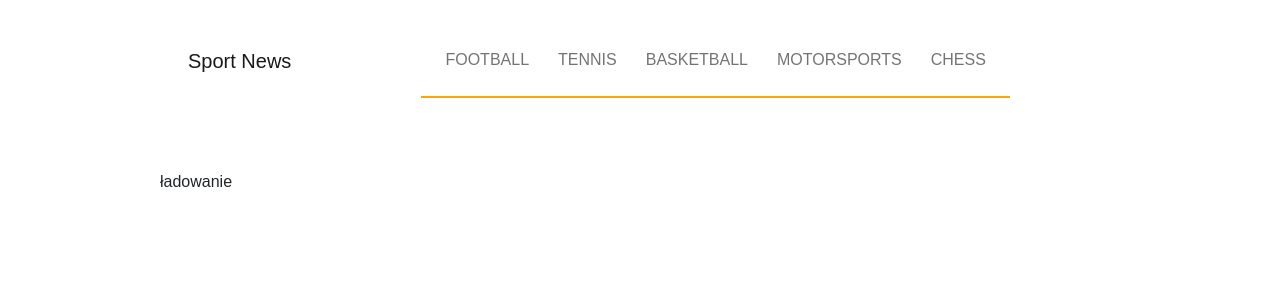
Repository: michalgornicki/sportnews
Page: /
These files come from the project's save history. The page is drawn as it stood at one moment and after the next save; the edit follows.
The browser window is 1280 px wide. The pictures show the whole page.
The page's requests for data from a server got no answer. The project was rebuilt for these pictures with package versions that can differ from the ones it lists, and the page was loaded fresh each time. No one was signed in, and anything a server would have sent is missing. Also part of the build but not shown: src/components/posts/Post.jsx.

Above is the page before, as saved 2022-03-02 08:45:22.

### src/App.jsx
import React, { useState, useEffect } from "react";
import { Route, HashRouter as Router, Routes } from "react-router-dom";
import "./App.scss";
import "bootstrap/dist/css/bootstrap.min.css";
import Navbar from "react-bootstrap/Navbar";
import Nav from "react-bootstrap/Nav";
import Container from "react-bootstrap/Container";
import Home from "./components/Home.jsx";
import Post from "./components//posts/Post.jsx";
import { Link } from "react-router-dom";


function App() {



    const [Posts, setPosts] = useState();
    const [Photos, setPhotos] = useState();
    const [Comments, setComments] = useState();

    useEffect(() => {
      fetch("https://jsonplaceholder.typicode.com/posts")
        .then((response) => response.json())
        .then((json) => setPosts(json));

      fetch("https://jsonplaceholder.typicode.com/photos")
        .then((response) => response.json())
        .then((json) => setPhotos(json));

        fetch("https://jsonplaceholder.typicode.com/comments")
        .then((response) => response.json())
        .then((json) => setComments(json));
    }, []);

  return (
    <Router>
      <>
        <Navbar className="navbar py-4" bg="white" expand="lg">
          <Container className="w-75 m-auto">
            <Link className="link" to="/">
            <Navbar.Brand className="px-3">
              Sport News
            </Navbar.Brand>
            </Link>
            <Navbar.Toggle aria-controls="basic-navbar-nav" />
            <Navbar.Collapse id="basic-navbar-nav">
              <Nav className="nav m-auto p-3 w-75 justify-content-between">
                <Nav.Link href="#link">FOOTBALL</Nav.Link>
                <Nav.Link href="#link">TENNIS</Nav.Link>
                <Nav.Link href="#link">BASKETBALL</Nav.Link>
                <Nav.Link href="#link">MOTORSPORTS</Nav.Link>
                <Nav.Link href="#link">CHESS</Nav.Link>
              </Nav>
            </Navbar.Collapse>
          </Container>
        </Navbar>

        <Routes>
          <Route path="/" element={<Home Posts={Posts} Photos={Photos} Comments={Comments} />} />
          <Route path="/posts/:id" element={<Post Posts={Posts} Photos={Photos} Comments={Comments} />} />
        </Routes>

      </>
    </Router>
  );
}

export default App;

### src/App.scss


$mainColor: black;
$secondaryColor: rgb(255, 255, 255);
$hoverColor: rgb(255, 161, 74);
$myFont: 'Fredoka', sans-serif;


body{
  font-family: $myFont!important;
}

.post:nth-child(7n-6) {
  width: 65%;
}

.post:nth-child(7n-5) {
  width: 32%;
}

.post:nth-child(7n-4) {
  width: 48%;
}

.post:nth-child(7n-3) {
  width: 48%;
}

.post {
  color: $mainColor;
  font-family: "Gill Sans", "Gill Sans MT", Calibri, "Trebuchet MS", sans-serif;
  width: 30%;
  cursor: pointer;
  margin-top: 1rem;
}

.post--hover:hover {
  color: $hoverColor;
}

.post__title {
  font-weight: 600;
  font-size: 1.5rem;
  padding-left: 1rem;
  padding-right: 1rem;
}

.post__title::first-letter {
  text-transform: uppercase;
}

.post:nth-child(7n-6) .post__title {
  font-size: 3rem;
}

.post:nth-child(7n-6) .post__image, .post:nth-child(7n-5) .post__image, .post:nth-child(7n-4) .post__image, .post:nth-child(7n-3) .post__image {
  height: 450px;
}

.post__image {
  width: 100%;
  height: 250px;
}

.post__body {
  font-size: 2rem;
  margin-top: 4rem;
  margin-bottom: 4rem;
}

.post__body--uppercase::first-letter{
  text-transform: capitalize;
}

.link{
  color: initial;
  text-decoration: initial;
}

.link:hover{
  color: $hoverColor;
}

.comment{
  width: 50%;
  margin-top: 1rem;
  margin-bottom: 1rem;
  margin-left: 2rem;
}

.comment__name{
  color: rgb(0, 89, 172);
  font-weight: 600;
}

.comment__name:first-letter{
  text-transform: capitalize;
}

.comment__body{
  font-weight: 100;
}

.comment__body:first-letter{
  text-transform: capitalize;
}

.comment__button{
  color: rgb(0, 89, 172);
  cursor: pointer;
}

.input{
  width: 50%;

}

.input__field{
  height: 6rem;
}

.input__button{

}

.nav{
  border-bottom: 2px solid orange;
}

$breakpoint-tablet: 1000px;
@media (max-device-width: $breakpoint-tablet), (max-width: $breakpoint-tablet) {
  .post, .post:nth-child(7n-6), .post:nth-child(7n-5) {
    width: 100%;
  }

  .post:nth-child(7n-6) .post__image, .post:nth-child(7n-5) .post__image, .post__image {
    height: 450px;
  }

}

### src/components/Home.jsx
import React, { useState, useEffect } from "react";
import { Link } from "react-router-dom";
import { useLocation } from "react-router-dom";


function Home(props) {

  const { pathname } = useLocation();

  useEffect(() => {
    window.scrollTo(0, 0);
  }, [pathname]);


  return (
    <>
      <div className="w-75 d-flex flex-wrap justify-content-between m-auto pt-5">
        {props.Posts && props.Photos ? (
          props.Posts.map((item, id) => (
            <div className="post post--hover">
            <Link className="link" to={"/posts/" + item.id}>

              <img className="post__image" src={props.Photos[id].url} alt="" />
              <div className="post__title">{item.title}</div>
            </Link>

            </div>
          ))
        ) : (
          <div className="post__loading">ładowanie</div>
        )}
      </div>
    </>
  );
}

export default Home;

Loaded but not shown: public/index.html (common file); src/index.js (common file); src/index.css (common file); src/reportWebVitals.js (common file)

After the next save:
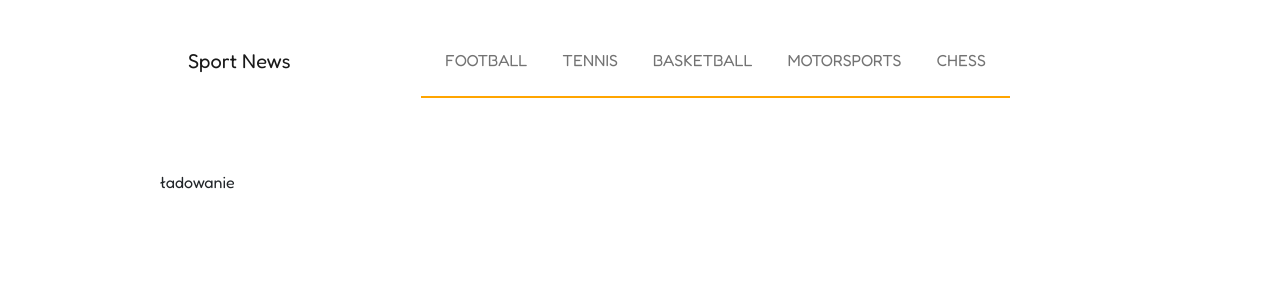
Saved 5 s later.
--- a/src/App.scss
+++ b/src/App.scss
@@ -1,3 +1,4 @@
+@import url('https://fonts.googleapis.com/css2?family=Fredoka&display=swap');
 
 
 $mainColor: black;

After the save that followed:
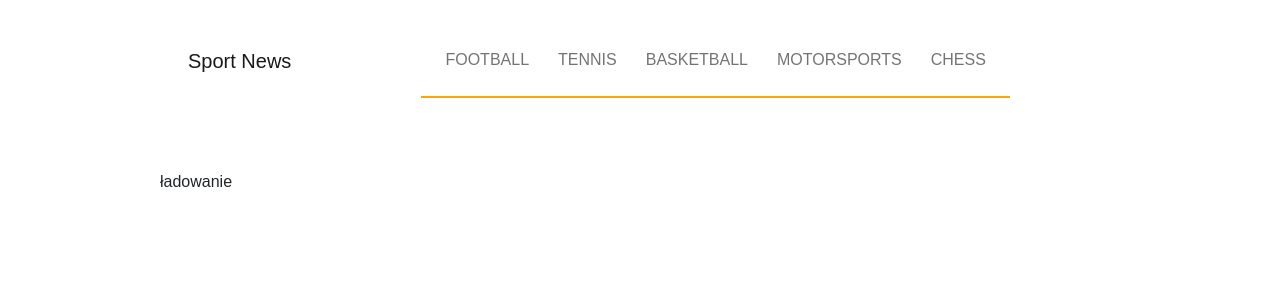
Saved 34 s later.
--- a/src/App.scss
+++ b/src/App.scss
@@ -1,5 +1,4 @@
-@import url('https://fonts.googleapis.com/css2?family=Fredoka&display=swap');
-
+@import url('https://fonts.googleapis.com/css2?family=PT+Sans&display=swap');
 
 $mainColor: black;
 $secondaryColor: rgb(255, 255, 255);
